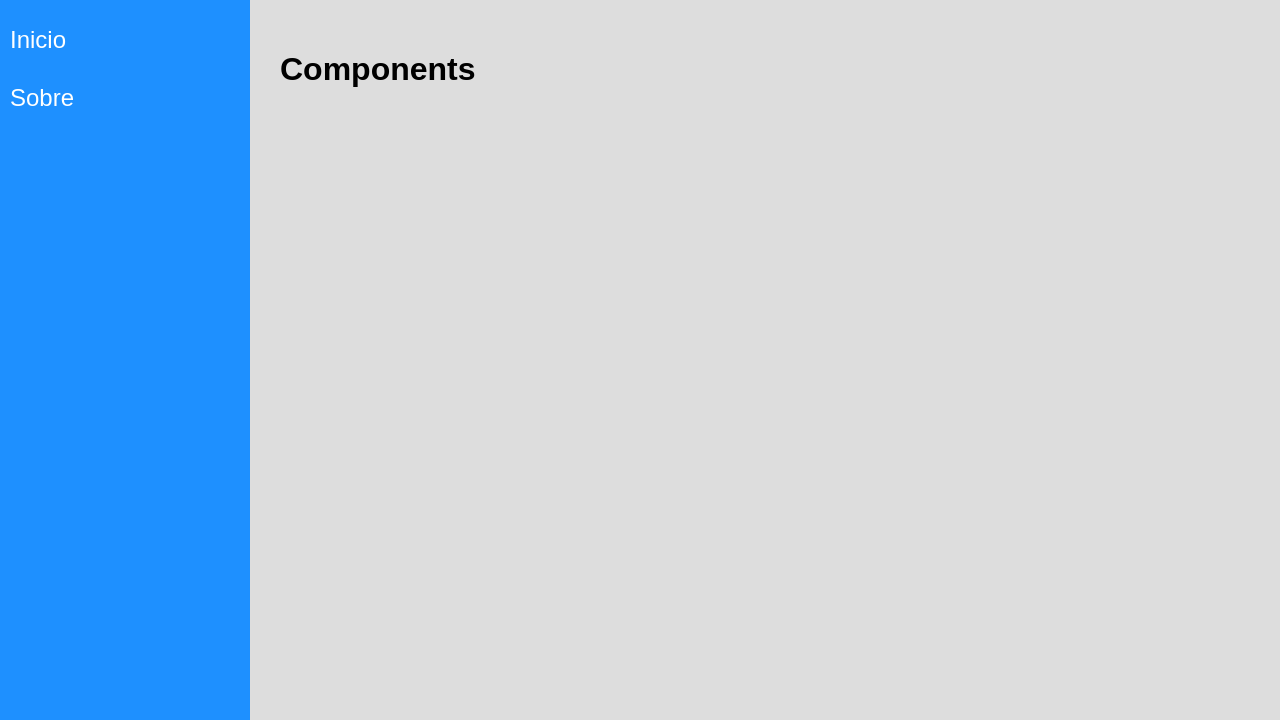
Repository: mateus-henrique-silva/estudos-react
Page: /
These files come from the project's save history. The page is drawn as it stood at one moment and after a run of saves; the edit follows.
The browser window is 1280 px wide. The pictures show the whole page.
The project was rebuilt for these pictures with package versions that can differ from the ones it lists, and the page was loaded fresh each time.

Above is the page before, as saved 2022-07-11 12:23:37.

After the next 2 saves:
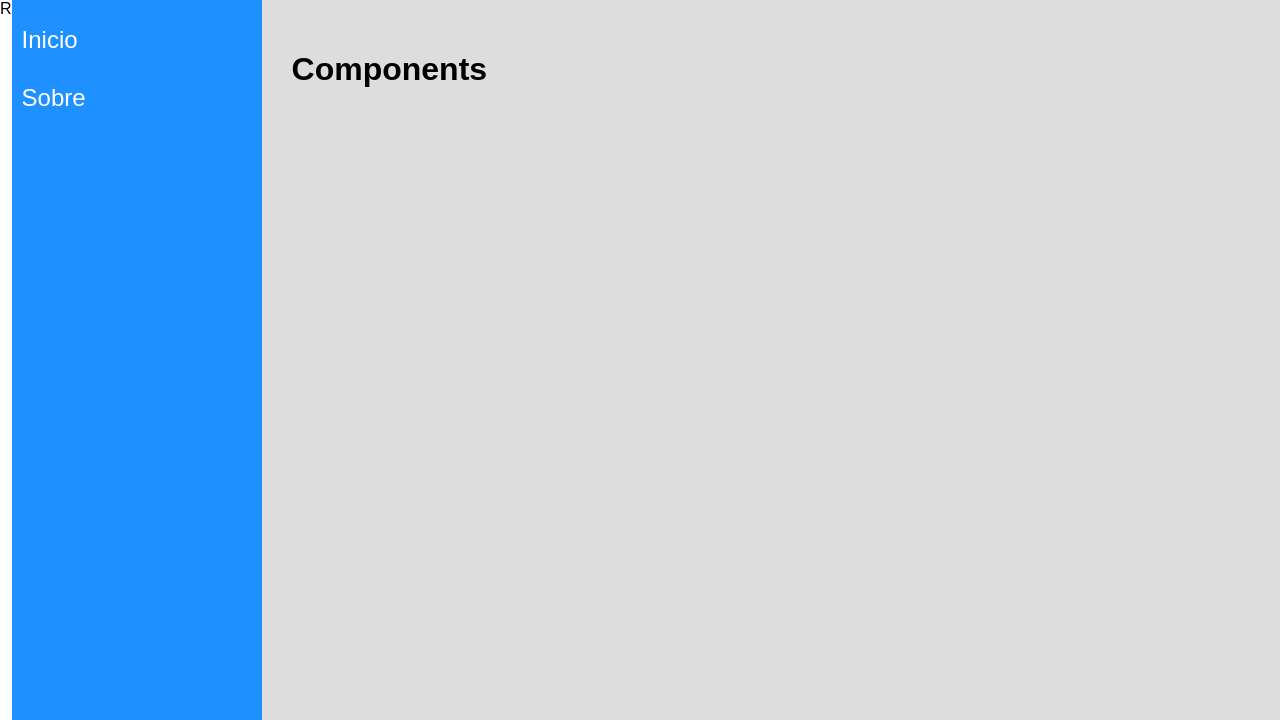
The 2 saves are shown as one change because they came seconds apart.
The last was saved 11 s later.
--- a/src/Views/App.jsx
+++ b/src/Views/App.jsx
@@ -7,6 +7,7 @@
 function App() {
   return (
     <div className="App">
+      R
         <Menu/>
         <Content/>
     </div>

After the 2 saves that followed:
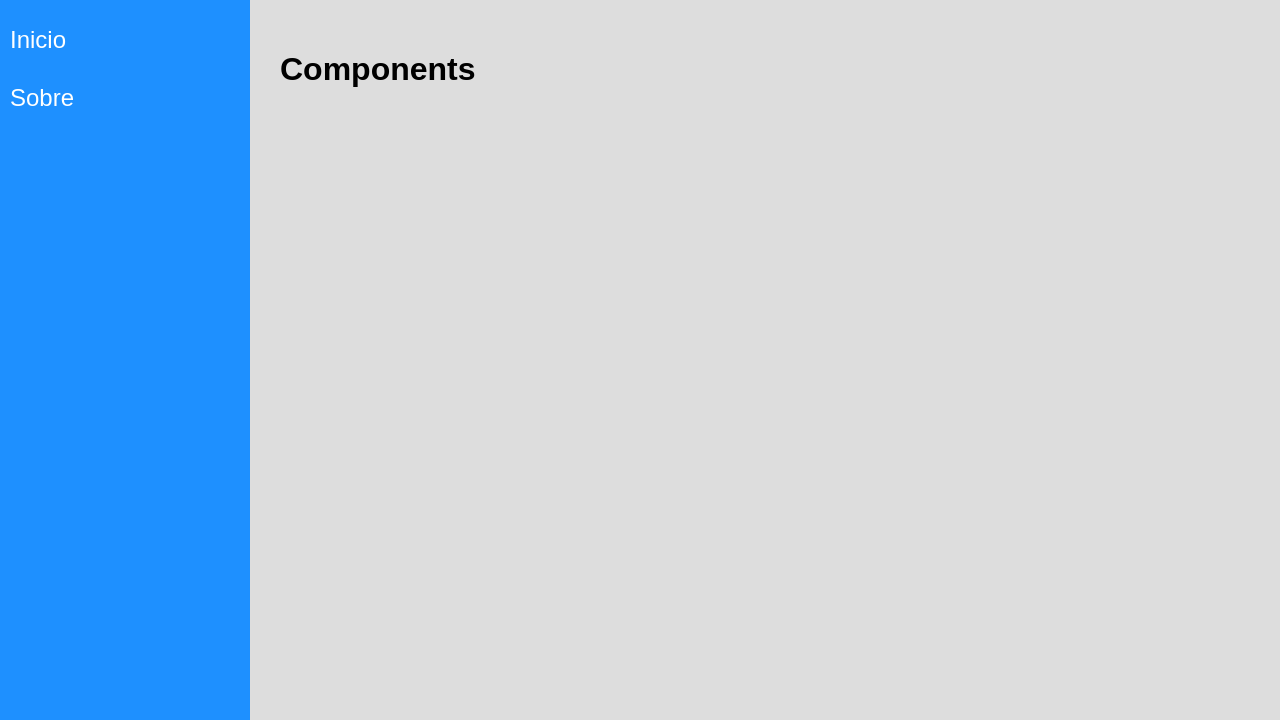
The 2 saves are shown as one change because 1 did not build or start.
The last was saved 8 s later.
--- a/src/Views/App.jsx
+++ b/src/Views/App.jsx
@@ -7,7 +7,7 @@
 function App() {
   return (
     <div className="App">
-      R
+      <Router></Router>
         <Menu/>
         <Content/>
     </div>
